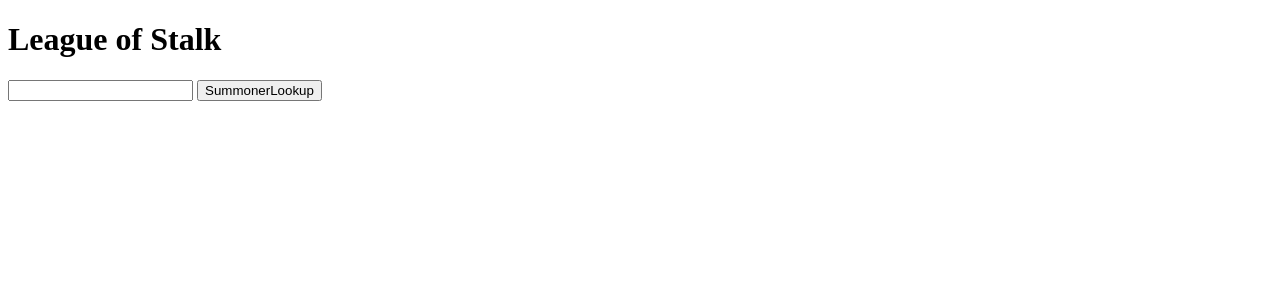
Repository: Dreifingerjpey/TestLos
Page: http://localhost/LeagueOfStalk/
An editor plug-in stored every save of this project. The page is shown before and after the next save, followed by the edit.
The browser window is 1280 px wide. The pictures show the whole page.
The page is served by Tomcat 9.

Above is the page before, as saved 2017-08-04 13:27:48.

After the next save:
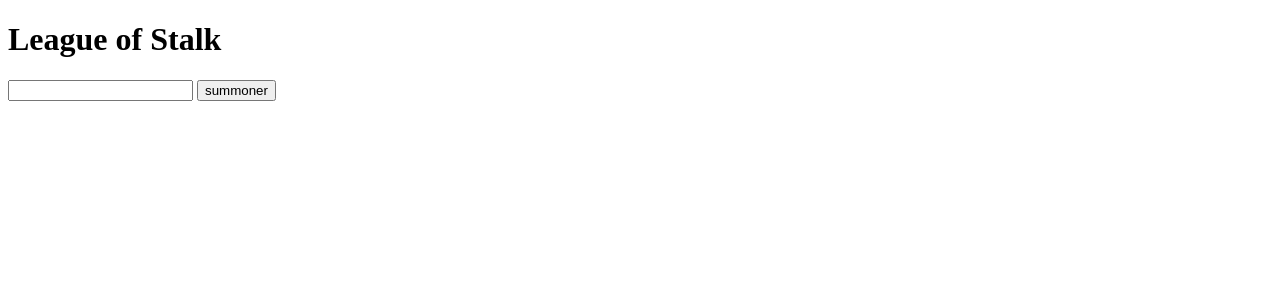
Saved 76 min 24 s later.
--- a/Eclipse/LeagueOfStalk/WebContent/index.jsp
+++ b/Eclipse/LeagueOfStalk/WebContent/index.jsp
@@ -12,7 +12,7 @@
 <h1>League of Stalk</h1>
 <form action="SummonerLookup">
 <input type="text" name="summoner">
-<input type="submit" value="SummonerLookup"/>
+<input type="submit" value="summoner"/>
 </form>
 </body>
 </html>
